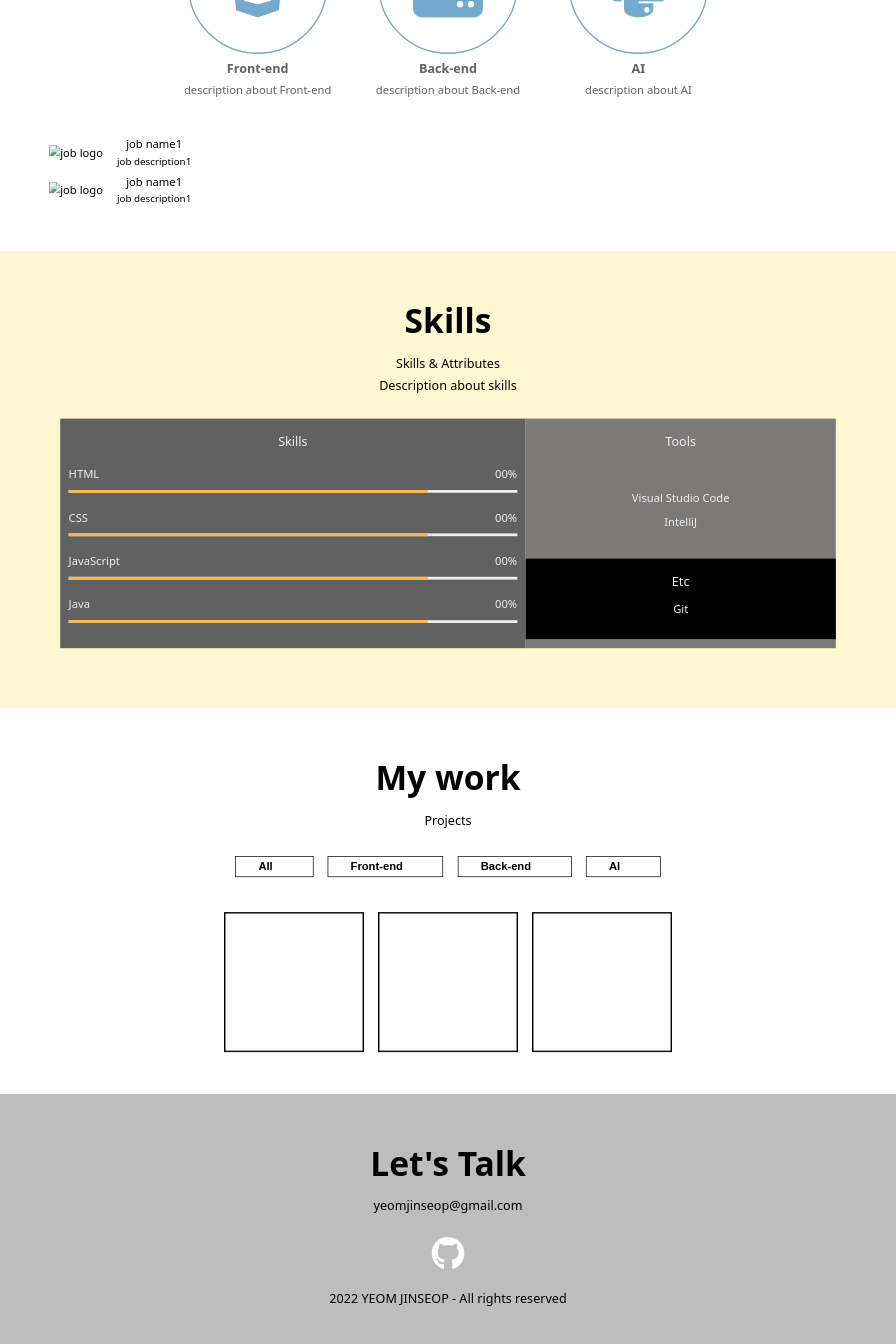
Repository: YEOMJINSEOP/yeomjinseop.github.io
Page: index.html
The author's editor kept a copy of each file at every save. The page is drawn from the files as they stood at one save, then again after the next save.
The browser window is 1280 px wide. The pictures show the part of the page from y = 950 to 2870 px (the page is 2870 px tall before and 2817 px after), at 70% of full size.
Some web libraries are served in a nearby version.

Above is the page before, as saved 2022-08-14 21:09:41.

### index.html
<!DOCTYPE html>
<html lang="en">
<head>
  <meta charset="UTF-8">
  <meta http-equiv="X-UA-Compatible" content="IE=edge">
  <meta name="viewport" content="width=device-width, initial-scale=1.0">
  <title>Jinseop's Portfolio</title>
  <meta name="author" content="Jinseop Yeom">
  <meta name="description" content="Portfolio Website For Jinseop Yeom">

  <!--Logo Image-->
  <link rel="icon" type="image/png" href="images/favicon.png">


  <!--Font Awesome-->
  <script src="https://kit.fontawesome.com/d24b25bb21.js" crossorigin="anonymous"></script>

  <!--Google Fonts-->
  <link rel="preconnect" href="https://fonts.googleapis.com">
  <link rel="preconnect" href="https://fonts.gstatic.com" crossorigin>
  <link href="https://fonts.googleapis.com/css2?family=Open+Sans:wght@400;600;700&display=swap" rel="stylesheet">

  <!--CSS-->
  <link rel="stylesheet" href="style.css">

  <!--JavaScript-->
  <script src="main.js" defer></script>

</head>
<body>
  <!--Navbar-->
  <nav id="navbar">
    <div class="navbar__logo">
      <i class="fa-solid fa-utensils"></i>
      <a href="#">Yeom JinSeop</a>
    </div>
    <div>
      <ul class="navbar__menu">
        <li class="navbar__menu__item active">Home</li>
        <li class="navbar__menu__item">About</li>
        <li class="navbar__menu__item">Skill</li>
        <li class="navbar__menu__item">My work</li>
        <li class="navbar__menu__item">Testimonial</li>
        <li class="navbar__menu__item">Contact</li>
      </ul>
    </div>
  </nav>

  <!-- Home -->
  <section id="home" class="section">
    <img src="/images/whileimage.png" alt="Jinseop's image" class="home__avatar">
    <h1 class="home__title">Welcome! <br/> Jinseop's Portfolio</h1>
    <h3 class="home__description">Type Home Description Here.</h3>
    <button class="home__button">Contact Me</button>
  </section>

  <!--About-->
  <section id="about" class="section">
    <div class="section__container">
      <h1>About me</h1>
      <p>Wrtie about me here.</p>

      <div class="about__majors">
        <div class="about__majors">
        <div class="major">
          <div class="major__icon">
            <i class="fa-brands fa-html5"></i>
          </div>
          <div class="major__title">
            Front-end
          </div>
          <div class="major__description">
            description about Front-end
          </div>
        </div>

        <div class="major">
          <div class="major__icon">
            <i class="fa-solid fa-server"></i>
          </div>
          <div class="major__title">
            Back-end
          </div>
          <div class="major__description">
            description about Back-end
          </div>
        </div>


        <div class="major">
          <div class="major__icon">
            <i class="fa-brands fa-python"></i>
          </div>
          <div class="major__title">
            AI
          </div>
          <div class="major__description">
            description about AI
          </div>
        </div>
      </div>
    </div>

      <div class="about__jobs">
        <div class="job">
          <img src="" alt="job logo" class="job__logo">
          <div class="job__info">
            <p class="job__name">job name1</p>
            <p class="job__description">job description1</p>
          </div>
        </div>
        <div class="job">
          <img src="" alt="job logo" class="job__logo">
          <div class="job__info">
            <p class="job__name">job name1</p>
            <p class="job__description">job description1</p>
          </div>
        </div>
      </div>
    </div>
  </section>

  <!--Skills-->
  <section id="skills" class="section">
    <div class="section__container">
      <h1>Skills</h1>
    <h3>Skills & Attributes</h3>
    <p>Description about skills</p>
    <div class="skillset">
      <div class="skillset__left">
        <h3 class="skillset__title">Skills</h3>
        <div class="skill">
          <div class="skill__description">
            <span>HTML</span>
            <span>00%</span>
          </div>

          <div class="skill__bar">
            <div class="skill__value"></div>
          </div>
        </div>

        <div class="skill">
          <div class="skill__description">
            <span>CSS</span>
            <span>00%</span>
          </div>

          <div class="skill__bar">
            <div class="skill__value"></div>
          </div>

          <div class="skill">
            <div class="skill__description">
              <span>JavaScript</span>
              <span>00%</span>
            </div>

            <div class="skill__bar">
              <div class="skill__value"></div>
            </div>
          </div>
        </div>

        <div class="skill">
          <div class="skill__description">
            <span>Java</span>
            <span>00%</span>
          </div>

          <div class="skill__bar">
            <div class="skill__value"></div>
          </div>
        </div>
      </div>

      <div class="skillset__right">
        <div class="tools">
          <h3 class="skillset__title">Tools</h3>
          <ul class="tools__list">
            <li><span>Visual Studio Code</span></li>
            <li><span>IntelliJ</span></li>
          </ul>
        </div>

        <div class="etc">
          <h3 class="skillset__title">Etc</h3>
          <ul class="etc__list">
            <li><span>Git</span></li>
          </ul>
        </div>
      </div>
    </div>
    </div>
  </section>

  <!--Work-->
  <section id="work" class="section">
    <h1>My work</h1>
    <h3>Projects</h3>
    <div class="work__categories">
      <button class="category__btn">All<span class="category__count">3</span></button>
      <button class="category__btn">Front-end<span class="category__count">1</span></button>
      <button class="category__btn">Back-end<span class="category__count">1</span></button>
      <button class="category__btn">AI<span class="category__count">1</span></button>
    </div>

    <div class="work__projects">
      <a href="#" class="project" target="blank">
        <img src="images/whileimage.png" alt="project image" class="project__image">
        <div class="project__description">
          <h3>Project Name</h3>
          <span>Description about Project</span>
        </div>
      </a>

      <a href="#" class="project" target="blank">
        <img src="images/whileimage.png" alt="project image" class="project__image">
        <div class="project__description">
          <h3>Project Name</h3>
          <span>Description about Project</span>
        </div>
      </a>

      <a href="#" class="project" target="blank">
        <img src="images/whileimage.png" alt="project image" class="project__image">
        <div class="project__description">
          <h3>Project Name</h3>
          <span>Description about Project</span>
        </div>
      </a>
    </div>
  </section>

  <!--Testimonial-->
  <!-- <section id="testimonial" class="section">
    <h1>Testimonial</h1>
    <h3>See What They Say About Me</h3>
    <div class="testimonials">
      <div class="testimonial">
        <img src="" alt="Person Image" class="testimonial__avatar">
        <div class="testimonial__speech_bubble">
          <p>Recommendation Talk Here.</p>
          <p class="name"><a href="#">Professor A</a></p>
        </div>
      </div>

      <div class="testimonial">
        <img src="" alt="Person Image" class="testimonial__avatar">
        <div class="testimonial__speech_bubble">
          <p>Recommendation Talk Here.</p>
          <p class="name"><a href="#">Professor A</a></p>
        </div>
      </div>
    </div>
  </section> -->

  <!--Contact-->
  <section id="contact" class="section">
    <h1>Let's Talk</h1>
    <h3>yeomjinseop@gmail.com</h3>
    <div class="contact_links">
      <a href="https://github.com/YEOMJINSEOP" target="blank">
        <i class = "fab fa-github"></i>
      </a>
    </div>
    <p class="contact_rights">
      2022 YEOM JINSEOP - All rights reserved
    </p>
  </section>
</body>
</html>

### style.css
 /* Global */

 :root{
  /* Color */
  --color-white: #ffffff;
  --color-light-white: #eeeeee;
  --color-dark-white: #bdbdbd;
  --color-pink: #fe918d;
  --color-dark-pink: #ff6863;
  --color-deep-pink: #FF8ACA;
  --color-black: #4d4d4d;
  --color-grey: #616161;
  --color-light-gray: #7c7979;
  --color-blue: #73aace;
  --color-yellow: #fff7d1;
  --color-light-yellow: #FBFAE2;
  --color-orange: #feb546;
  --color-black: #000000;
  --color-yellow-green: #BEEBA9;
  --color-sky-blue: #A9D7EB;
  --color-deep-blue: #4280EB;
  --color-dark-deep-blue: #627BA3;

  /* Font size */
  --font-large: 48px;
  --font-medium: 28px;
  --font-regular: 18px;
  --font-small: 16px;
  --font-micro: 14px;


  /* Font Weight */
  --weight-bold: 700;
  --weight-semi-bold: 600;
  --weight-regular: 400;

  /* Size */
  --size-border-radius: 4px;

  /* Animation */
  --animation-duration: 300ms;

 }

 /* Universal tages */
 * {
  box-sizing: border-box;
 }

 body{
  margin: 0;
  font-family:system-ui, -apple-system, BlinkMacSystemFont, 'Segoe UI', Roboto, Oxygen, Ubuntu, Cantarell, 'Open Sans', 'Helvetica Neue', sans-serif;
  cursor: default;
}

 a{
  text-decoration: none;
  color: var(--color-white);
 }

 ul{
  list-style: none;
  padding-left: 0;
 }

 button{
  background-color: transparent;
  border: none;
  cursor: pointer;
 }



 /* Typography */

 h1{
  font-size: var(--font-large);
  font-weight: var(--weight-bold);
  color: var(--color-black);
  margin: 16px 0;
 }

 h2{
  font-size: var(--font-medium);
  font-weight: var(--weight-semi-bold);
  color: var(--color-black);
  margin: 8px 0;
 }

 h3{
  font-size: var(--font-regular);
  font-weight: var(--weight-regular);
  color: var(--color-black);
  margin: 8px 0;
 }

 p{
  font-size: var(--font-regular);
  font-weight:  var(--font-regular);
  color: var(--color-black);
  margin: 4px 0;
 }

 /* Body  */

 /* Nav */
 #navbar{
  display: flex;
  justify-content: space-between;
  align-items: center;
  background-color: var(--color-deep-blue);
  color: var(--color-white);
  padding: 16px;
 }

 .navbar__logo{
  font-size: var(--font-medium);
  font-weight: var(--weight-semi-bold);
  padding: 8px 12px;
 }

 .navbar__menu{
  display: flex;
  font-size: var(--font-small);
  font-weight: var(--weight-regular);
 }

 .navbar__menu__item.active{
  border: 1px solid white;
 }

 .navbar__menu__item{
  padding: 8px 12px;
  margin: 0 4px;
  border-radius: var(--size-border-radius);
  cursor: pointer;
 }

 .navbar__menu__item:hover{
  background-color: var(--color-dark-deep-blue);
 }

 /* Home */

 #home{
  background-color: var(--color-sky-blue);
  background-position: center;
  background-repeat: no-repeat;
  background-size: cover;
  padding: 40px;
  text-align: center;
 }

 .home__avatar{
  border: 2px solid var(--color-white);
  border-radius: 50%;
  width: 200px;
  height: 200px;
 }

 .home__title,
 .home__description{
  font-size: var(--font-medium);
  color: var(--color-white);
  padding: 4px;
 }

 .home__button{
  border: 1px solid var(--color-white);
  padding: 8px 12px;
  margin-top: 8px;
  color: var(--color-white);
 }

.home__button:hover{
  background-color: var(--color-deep-blue);
}

/* Section Common */
.section{
  padding: 50px;
  text-align: center;
}

.section__contatiner{
  max-width: 1200px;
}

/* About */

.about__majors{
  display: flex;
  justify-content: center;
  margin: 8px 12px;
  padding: 12px;
}

.major{
  margin: 8px 24px;
}

.major__icon{
  height: 200px;
  width: 200px;
  font-size: 100px;
  line-height: 200px;
  border: 2px solid var(--color-blue);
  border-radius: 50%;
  color: var(--color-blue);
  margin: 8px 12px;
  transition: all var(--animation-duration) linear;
}

.major__icon:hover{
  color: var(--color-orange);
  border-color: var(--color-orange);
}

.major__icon:hover i{
  transform: scale(120%);
}


.major__title {
  font-size: var(--font-regular);
  font-weight: var(--weight-semi-bold);
  color:var(--color-grey);
  margin: 8px;;
}

.major__description{
  font-size: var(--font-small);
  color: var(--color-grey);
}

.about__jobs{
  margin: 12px 0;
}

.job{
  display: flex;
  align-items: center;
}

.job__logo{
  padding: 8px;
  margin: 4px 12px;
}

.job__name{
  font-size: var(--font-small);
}

.job__description{
  font-size: var(--font-micro);
}

/* Skill */

#skills{
  background-color: var(--color-yellow);
}
.skillset{
  display: flex;
  justify-content: center;
  margin: 12px 12px;
  padding: 24px;
  color: var(--color-light-white);
}

.skillset__left{
  padding: 12px;
  flex-basis: 60%;
  background-color: var(--color-grey);
}

.skill{
  margin: 24px 0;
}

.skill__description{
  display: flex;
  justify-content: space-between;
}

.skillset__title{
  color: var(--color-light-white);
  margin: 8px 0;
}

.skill__bar{
  width: 100%;
  height: 4px;
  background-color: var(--color-light-white);
  margin: 12px 0;
}

.skill__value{
  width: 80%;
  /* width는 html에 style로 넣어서 각각 지정하기! */
  height: 4px;
  background-color: var(--color-orange);
}


.skillset__right{
  flex-basis:40%;
  background-color: var(--color-light-gray);
}

.tools{
  padding: 12px;
  height:200px;
}

.tools__list{
  padding: 30px 0;
}

.tools__list li{
  margin: 12px;
}


.etc{
  background-color: var(--color-black);
  height: 115px;
  padding: 12px;
}

/* Work */

.work__categories{
  margin: 24px 0 ;
  padding: 12px 0;
}

.category__btn{
  border: 1px solid var(--color-black);
  background-color: var(--color-white);
  padding: 4px 32px;
  margin: 4px 8px;
  font-size: var(--font-small);
  font-weight: var(--weight-semi-bold);
}

.category__btn:hover {
  background-color: var(--color-light-white);
}

.category__btn:hover .category__count{
  opacity: 1;
  transform: translateY(0);
}

.category__count{
  width:  20px;
  height: 20px;
  line-height: 20px;
  color: var(--color-white);
  margin-left: 5px;
  background-color: var(--color-orange);
  display: inline-block;
  border-radius: 50%;
  opacity: 0;
  transition: all var(--animation-duration) ease-in;
  transform: translateY(-10px);
}

.work__projects{
  display: flex;
  flex-wrap:wrap;
  align-items: center;
  justify-content: center;
}

.project__image{
  width: 100%;
  height: 100%;
}

.project{
  position: relative;
  width: 200px;
  height: 200px;
  margin: 10px;
}

.project__description{
  position: absolute;
  top:0px;
  left:0px;
  background-color: var(--color-grey);
  width: 100%;
  height: 100%;
  display: flex;
  flex-direction: column;
  justify-content: center;
  opacity: 0;
  transition: all var(--animation-duration) ease-in;
  transform: translateY(-10px);
}

.project__description h3{
  color: var(--color-white);
}

.project__description h3:after{
  content: " ";
  display: block;
  position: relative;
  left: 50%;
  width: 20px;
  height: 2px;
  margin-top: 8px;
  margin-left: -8px;
  background-color: var(--color-white);
}

.project__description:hover{
  opacity: 0.8;
  transform: translateY(0);
}

/* Contact */

#contact{
  background-color: var(--color-dark-white);
}

.contact_links{
  padding: 24px 0;
}

.contact_links i{
  font-size: var(--font-large);
  color: var(--color-white);

}

.contact_links i:hover{
  color: var(--color-yellow);
  transform: scale(120%);
}

Loaded but not shown: main.js (no copy from this time; the picture is the same without it)

After the next save:
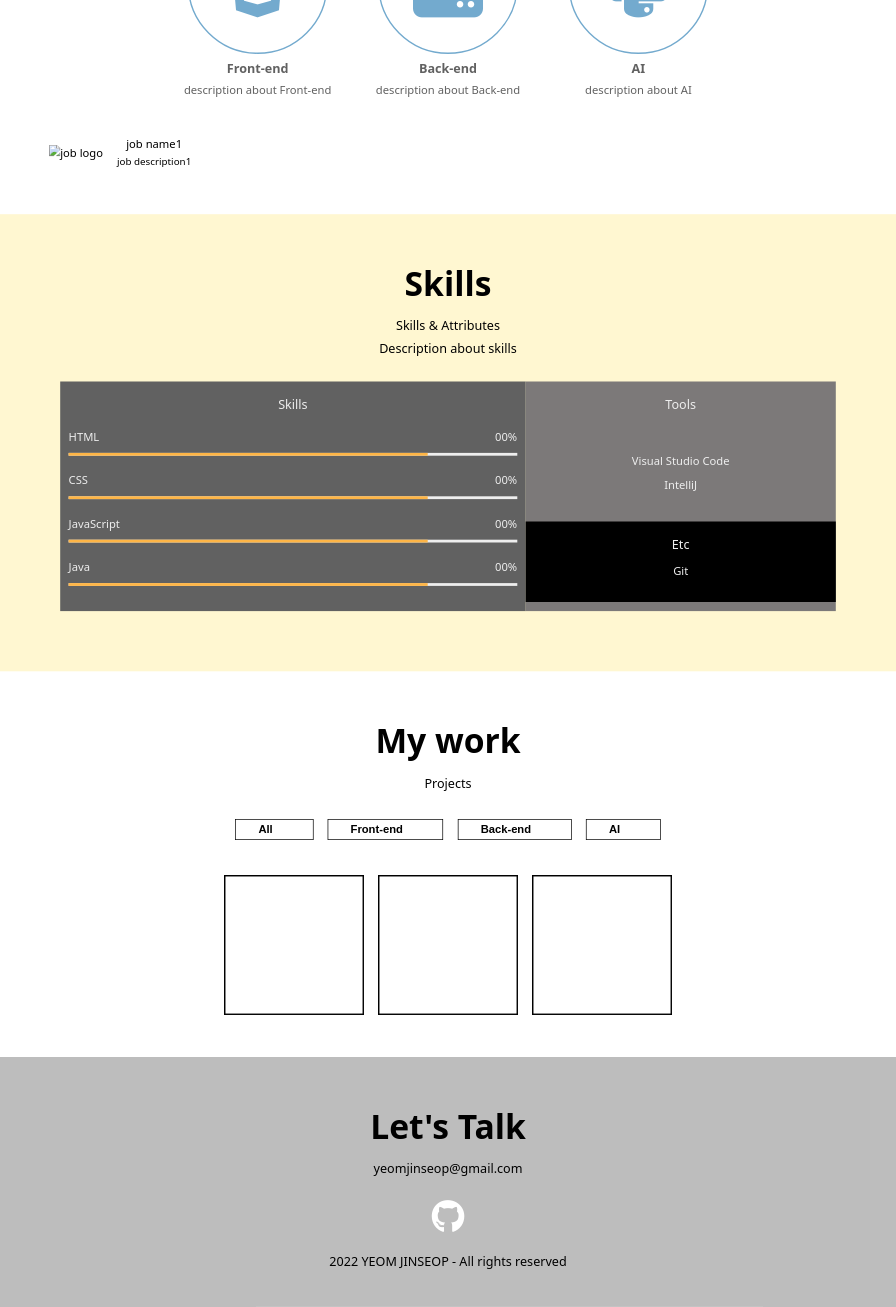
Saved 2 min 35 s later.
--- a/index.html
+++ b/index.html
@@ -102,13 +102,6 @@
     </div>
 
       <div class="about__jobs">
-        <div class="job">
-          <img src="" alt="job logo" class="job__logo">
-          <div class="job__info">
-            <p class="job__name">job name1</p>
-            <p class="job__description">job description1</p>
-          </div>
-        </div>
         <div class="job">
           <img src="" alt="job logo" class="job__logo">
           <div class="job__info">
